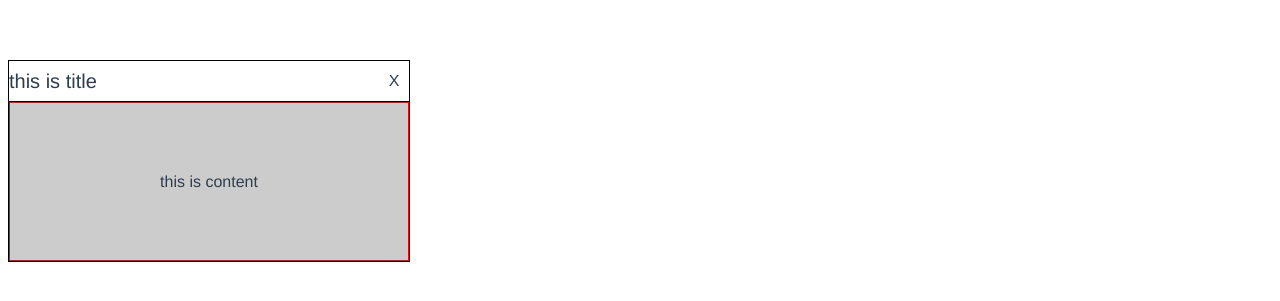
Repository: iulucky6/yf_messageBox
Page: /
The author's editor kept a copy of each file at every save. The page is drawn from the files as they stood at one save, then again after the next save.
The browser window is 1280 px wide. The pictures show the whole page.
The project was rebuilt for these pictures with package versions that can differ from the ones it lists, and the page was loaded fresh each time. Also part of the build but not shown: src/components/HelloWorld.vue.

Above is the page before, as saved 2023-09-14 11:32:13.

### index.html
<!DOCTYPE html>
<html>
  <head>
    <meta charset="utf-8">
    <meta name="viewport" content="width=device-width,initial-scale=1.0">
    <title>v</title>
  </head>
  <body>
    <div id="app"></div>
    <!-- built files will be auto injected -->
  </body>
</html>

### src/main.js
// The Vue build version to load with the `import` command
// (runtime-only or standalone) has been set in webpack.base.conf with an alias.
import Vue from 'vue'
import App from './App'
// 引入配置文件
import router from './router'

Vue.config.productionTip = false

/* eslint-disable no-new */
new Vue({
  el: '#app',
  //注入
  router,
  components: { App },
  template: '<App/>'
})

### src/App.vue
<template>
  <div id="app">
    <!-- 决定路由组件配置，匹配到的组件会在这里渲染 -->
    <!-- <router-view/> -->
    <MessageBox></MessageBox>
  </div>
</template>

<script>
import { MessageBox } from "./components";
console.log(MessageBox,"MessageBox");

export default {
  name: "App",
  components:{
    MessageBox
  }
};
</script>

<style>
#app {
  font-family: "Avenir", Helvetica, Arial, sans-serif;
  -webkit-font-smoothing: antialiased;
  -moz-osx-font-smoothing: grayscale;
  text-align: center;
  color: #2c3e50;
  margin-top: 60px;
}
</style>

### src/router/index.js
// 1、引入路由
import Vue from 'vue'
import Router from 'vue-router'

// 2、启用路由
Vue.use(Router)

// 3、创建并导出路由
export default new Router({
  mode:'hash',
  routes: [
    {
      path: '/',
      name: 'HelloWorld',
      component: () => import("@/components/HelloWorld.vue")
    },
    {
      path:'/about',
      name:'About',
      component:()=>import("@/components/About.vue")
    }
  ]
})

### src/components/index.js
import MessageBox from "./MessageBox";

export {
    MessageBox
}

### src/components/MessageBox/index.js
import MessageBox from './index.vue'

export default MessageBox;

### src/components/MessageBox/index.vue
<template>
  <div :class="['boxStyle', type]">
    <header class="header">
      <div class="title">{{ title }}</div>
      <span class="close">X</span>
    </header>

    <div class="content">{{ content }}</div>
  </div>
</template>

<script>
export default {
  name: "MessageBox",
  props: {
    title: {
      type: String,
      default: "this is title",
    },
    content: {
      type: String,
      default: "this is content",
    },
    type: {
      type: String,
      default: "primary",
      //vue语法，校验传入参数合法性，返回true/false，返回false则警告
      validator(value) {
        ["primary", "success", "warn", "danger"].includes(value);
      },
    },
  },
};
</script>

<style lang='scss'>
$border-color: #000;
.boxStyle {
  border: 1px solid $border-color;
  width: 400px;
  height: 200px;
  display: flex;
  flex-direction: column;
  .header {
    display: flex;
    width: 100%;
    align-items: center;
    justify-content: space-between;
    border-bottom: 1px solid $border-color;
    height: 40px;
    .title {
      flex: 1;
      display: flex;
      justify-content: flex-start;
      font-size: 20px;
    }
    .close {
      width: 30px;
      line-height: 40px;
      display: inline-block;
    }
  }
  .content {
    display: flex;
    background-color: #ccc;
    border: 1px solid red;
    flex: 1;
    align-items: center;
    justify-content: center;
  }
}
</style>

After the next save:
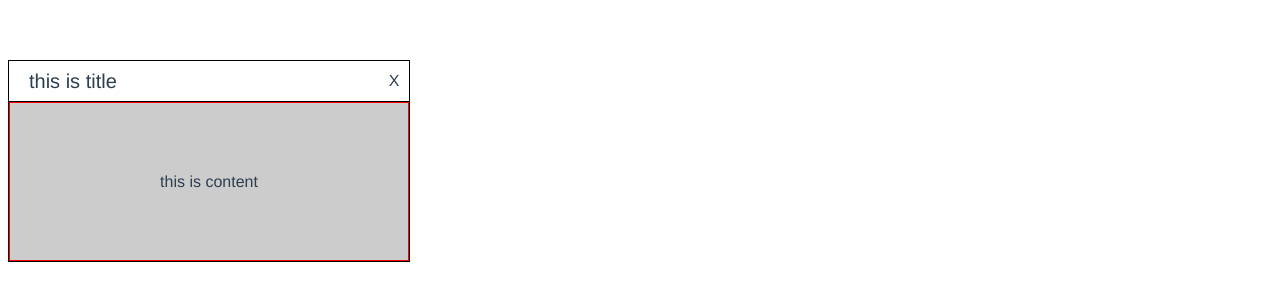
Saved 36 s later.
--- a/src/components/MessageBox/index.vue
+++ b/src/components/MessageBox/index.vue
@@ -50,6 +50,7 @@ $border-color: #000;
     height: 40px;
     .title {
       flex: 1;
+      padding-left: 20px;
       display: flex;
       justify-content: flex-start;
       font-size: 20px;
